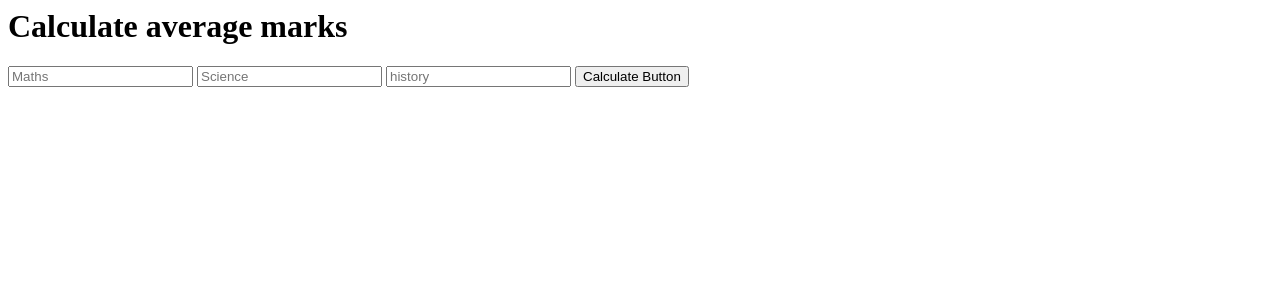
Repository: Prasadmedari/Flask
Page: http://localhost/calculate
These files come from the project's save history. The page is drawn as it stood at one moment and after the next save; the edit follows.
The browser window is 1280 px wide. The pictures show the whole page.
The page is served by the project's application, run on Flask 3 (app.py).

Above is the page before, as saved 2023-07-25 13:24:47.

### templates/calculate.html
<html>
<head>
</head>

<body>
 <div class="calculate">
	<h1>Calculate average marks</h1>

     <!-- Main Input For Receiving Query to our ML -->
    <form action="{{ url_for('calculate')}}" method="post">
    	<input type="text" name="maths" placeholder="Maths" required="required" />
        <input type="text" name="science" placeholder="Science" required="required" />
		<input type="text" name="history" placeholder="history" required="required" />

        <button type="submit" class="btn btn-primary btn-block btn-large">Calculate Button</button>
    </form>

   <br>
   <br>
   {{results}}
 </div>


</body>
</html>

### app.py
## create a simple flask application

from flask import Flask,render_template,request
## create the flask app

app=Flask(__name__)

@app.route('/')
def home():
    return "<h1>Hello, world!<h1>"


@app.route('/welcome')
def welcome():
    return "welcome to the Flask Turorials"

@app.route('/index')
def index():
    return render_template('index.html')


@app.route('/success/<int:score>')
def success (score):
    return "the person is passed and the score is "+str(score)

@app.route('/fail/<int:score>')
def fail (score):
    return "the person has failed  and the score is "+str(score)

@app.route('/calculate',methods=['POST','GET'])
def calculate():
    if request.method=='GET':
        return render_template('calculate.html')
    else:
        maths=float(request.form['maths'])
        science=float(request.form['science'])
        history=float(request.form['history'])

        average_marks=(maths+science+history)/3
        result=""
        if average_marks>=50:
            result="success"
        else:
            result="fail"

        #return redirect(url_for(result,score=average_marks))


        return render_template('calculate.html',results=average_marks)





if __name__=='__main__':
    app.run(debug=True)

After the next save:
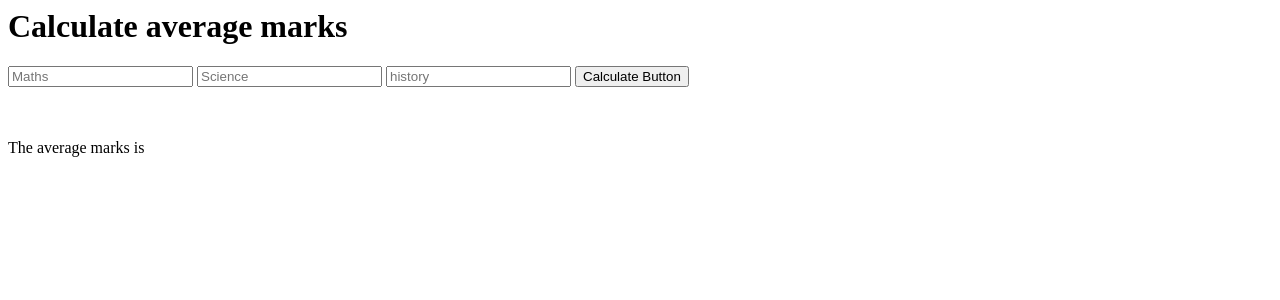
Saved 60 s later.
--- a/templates/calculate.html
+++ b/templates/calculate.html
@@ -17,7 +17,7 @@
 
    <br>
    <br>
-   {{results}}
+   The average marks is {{results}}
  </div>
 
 
